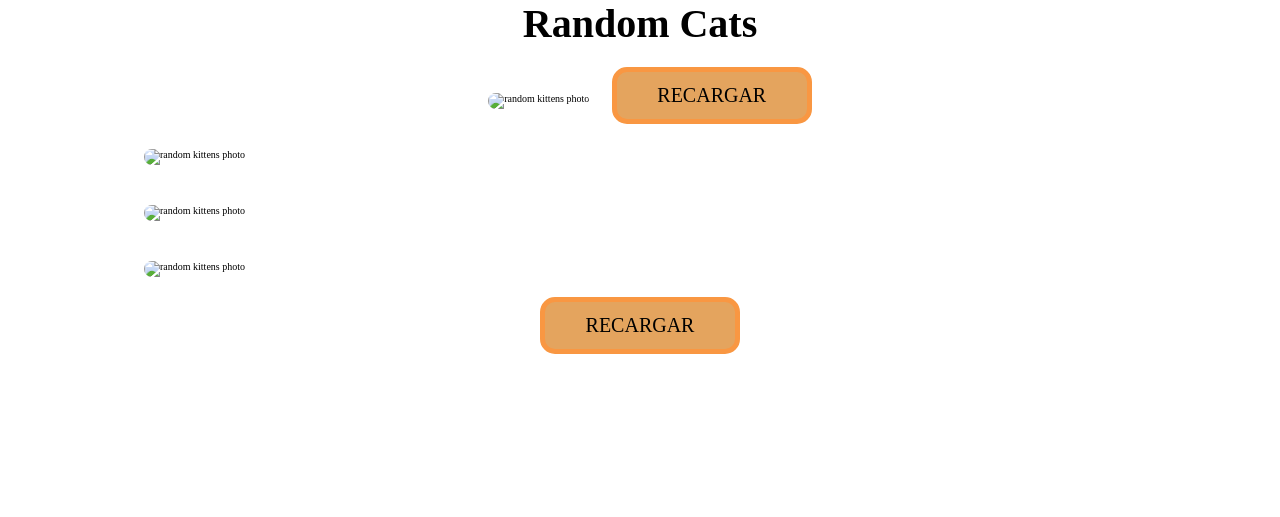
Repository: elto82/ConsumoAPIRESTjs
Page: index.html
These files come from the project's save history. The page is drawn as it stood at one moment and after the next save; the edit follows.
The browser window is 1280 px wide. The pictures show the whole page.
The page's requests for data from a server got no answer.

Above is the page before, as saved 2022-07-02 19:46:41.

After the next save:
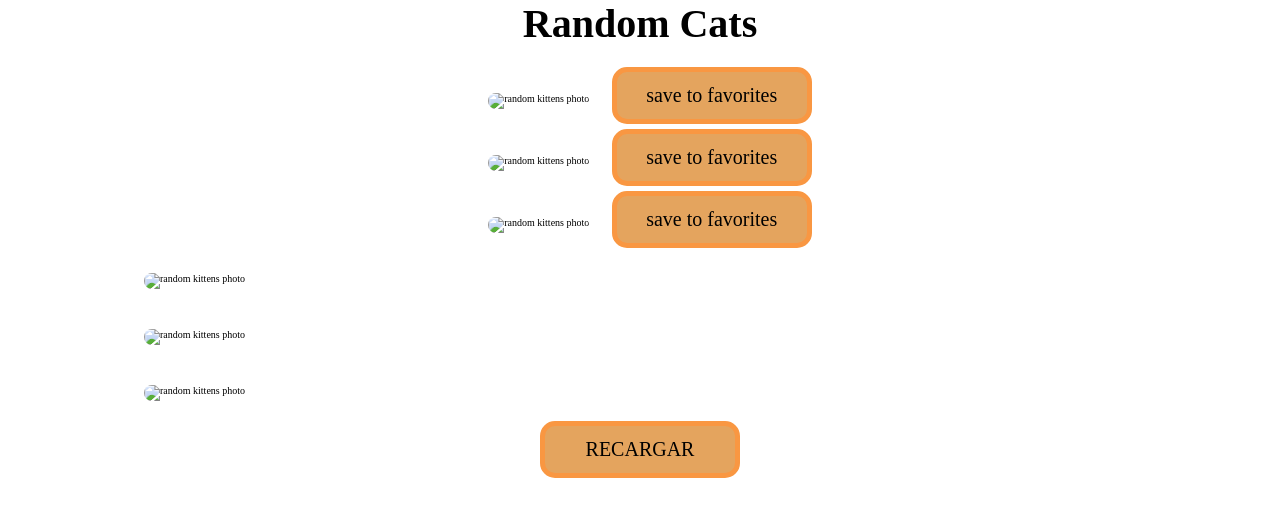
Saved 67 s later.
--- a/index.html
+++ b/index.html
@@ -16,8 +16,15 @@
   <section id="randomMichis" class="container">
     <article>
       <img id="img1" alt="random kittens photo" class="image">
-      <button class="random-cat-button" onclick="reload()">RECARGAR</button>
-
+      <button class="random-cat-button" onclick="reload()">save to favorites</button>
+    </article>
+    <article>
+      <img id="img2" alt="random kittens photo" class="image">
+      <button class="random-cat-button" onclick="reload()">save to favorites</button>
+    </article>
+    <article>
+      <img id="img1" alt="random kittens photo" class="image">
+      <button class="random-cat-button" onclick="reload()">save to favorites</button>
     </article>
 
 
